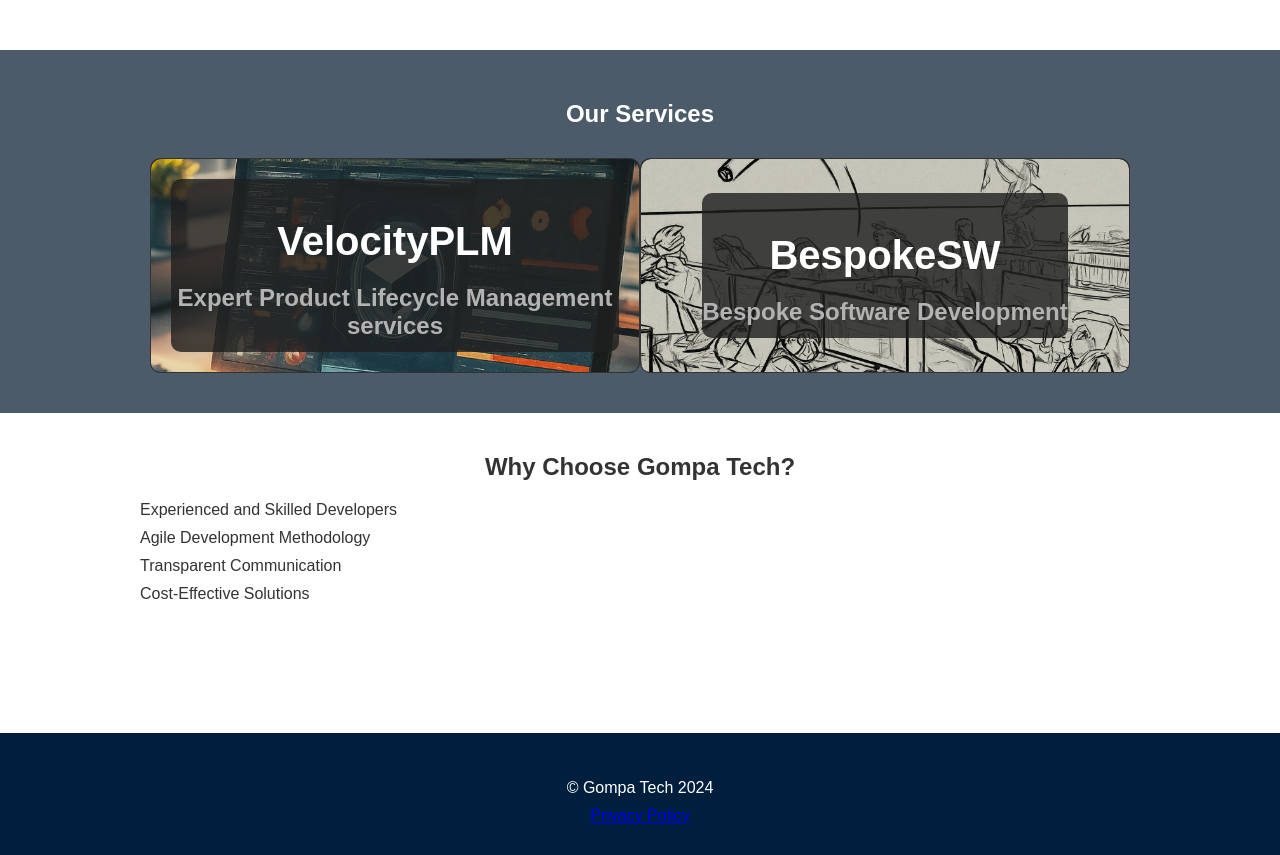
Repository: gompatech/website
Page: d3/index.html
These files come from the project's save history. The page is drawn as it stood at one moment and after the next save; the edit follows.
The browser window is 1280 px wide. The pictures show the part of the page from y = 257 to 1112 px (the page is 1112 px tall).

Above is the page before, as saved 2024-07-24 21:57:25.

### d3/index.html
<!DOCTYPE html>
<html lang="en">
<head>
  <meta charset="UTF-8">
  <meta name="viewport" content="width=device-width, initial-scale=1.0">
  <title>Gompa Tech - Software Development Solutions</title>
  <link rel="stylesheet" href="./style.css">
</head>
<body>
  <header class="navy-bg">
    <div class="container">
      <a href="#" class="logo">Gompa Tech</a>
      <nav>
        <ul>
          <li><a href="#">Home</a></li>
          <li><a href="#">Services</a></li>
          <li><a href="#">About Us</a></li>
          <li><a href="#">Contact</a></li>
        </ul>
      </nav>
    </div>
  </header>

  <main>
    <section class="hero">
      <div class="container">
        <h1>Empowering Your Business with Innovative Software Solutions</h1>
        <p>We specialize in bespoke software development Product Lifecycle Managment software services.</p>
        <a href="#" class="button">Get a Free Quote</a>
        <img src="images/hero-bg.jpg" alt="Code Background Image" class="hero-img">
      </div>
    </section>

    <section class="services navy-bg">
      <div class="container">
        <h2>Our Services</h2>
          <div class="services">
            <div class="services-container">
                <div class="text-content">
                    <h1>VelocityPLM</h1>
                    <h2>Expert Product Lifecycle Management services</h2>
                </div>
                <img src="./images/vPLMold.jpg" alt="VelocityPLM Old" class="active">
                <img src="./images/vPLMnew.jpg" alt="VelocityPLM New" class="inactive">
            </div>
            <div class="services-container">
                <div class="text-content">
                    <h1>BespokeSW</h1>
                    <h2>Bespoke Software Development</h2>
                </div>
                <img src="./images/vPLMold.jpg" alt="VelocityPLM Old" class="active">
                <img src="./images/vPLMnew.jpg" alt="VelocityPLM New" class="inactive">
            </div>
        </div>
      </div>
    </section>

    <section class="benefits">
      <div class="container">
        <h2>Why Choose Gompa Tech?</h2>
        <ul>
          <li>Experienced and Skilled Developers</li>
          <li>Agile Development Methodology</li>
          <li>Transparent Communication</li>
          <li>Cost-Effective Solutions</li>
        </ul>
      </div>
    </section>
  </main>

  <footer class="navy-bg">
    <div class="container">
      <p>&copy; Gompa Tech 2024</p>
      <a href="#">Privacy Policy</a>
    </div>
  </footer>
</body>

<style>
  .services {
      font-family: Arial, sans-serif;
      margin: 0;
      padding: 0;
      display: flex;
      flex-wrap: wrap;
      justify-content: center;
      align-items: stretch;
     /*
      background-color: #121212;
      color: #ffffff;
      padding: 5px;
      */
     /* background-color: #68aef5;  /* Navy blue */
      background-color: #4C5B6A;  /* Navy blue */
      color: #fff;
      padding: 10px;
  }
  .services-container {
      width: 50%;
      padding: 20px;
      border: 1px solid #333;
      border-radius: 10px;
      background-color: #1e1e1e;
      box-sizing: border-box;
      display: flex;
      flex-direction: column;
      align-items: center;
      justify-content: center;
      position: relative;
      overflow: hidden;
  }
  .services-container img {
      width: 100%;
      height: auto;
      max-height: 300px;
      object-fit: cover;
      border-radius: 10px;
      position: absolute;
      top: 0;
      left: 0;
      opacity: 0;
      transition: opacity 1s ease-in-out;
  }
  .services-container img.active {
      opacity: 1;
      z-index: 1;
  }
  .services-container img.inactive {
      z-index: 0;
  }
  .text-content {
      position: relative;
      z-index: 2;
      text-align: center;
      padding-top: 20px;
      background: rgba(30, 30, 30, 0.8);
      border-radius: 10px;
  }
  .services-container h1 {
      font-size: 2.5em;
      margin: 0.5em 0;
  }
  .services-container h2 {
      font-size: 1.5em;
      margin: 0.5em 0;
      color: #b3b3b3;
  }
  @media (max-width: 600px) {
      .services-container {
          width: 100%;
      }
      .services-container h1 {
          font-size: 2em;
      }
      .services-container h2 {
          font-size: 1.2em;
      }
  }
</style>

<script>
  let currentIndex = 0;
  const images = document.querySelectorAll('.services-container img');

  function showNextImage() {
      images[currentIndex].classList.remove('active');
      images[currentIndex].classList.add('inactive');
      currentIndex = (currentIndex + 1) % images.length;
      images[currentIndex].classList.remove('inactive');
      images[currentIndex].classList.add('active');
  }

  setInterval(showNextImage, 3000);
</script>

</html>

### d3/style.css
/* Basic styles */
body {
  font-family: sans-serif;
  margin: 0;
  padding: 0;
}

.container {
  max-width: 1000px;
  margin: 0 auto;
  padding: 20px;
}

/* Header */
header {
  background-color: #001F3F;  /* Navy blue */
  color: #fff;
  padding: 10px 0;
}

.logo {
  font-size: 2em;
  font-weight: bold;
  text-decoration: none;
  color: #fff;
}

nav {
  float: right;
}

nav ul {
  list-style: none;
  margin: 0;
  padding: 0;
}

nav li {
  display: inline-block;
  margin-left: 20px;
}

nav a {
  color: #fff;
  text-decoration: none;
  padding: 5px 10px;
}

nav a:hover {
  background-color: #2F4F4F; /* Darker navy blue on hover */
  transition: background-color 0.3s ease;
}

/* Main content */
main {
  padding-bottom: 50px;
  color: #333;
}

section {
  margin-bottom: 50px;
}

h1, h2 {
  text-align: center;
  margin-bottom: 20px;
}

.hero {
  position: relative;
}

.hero-img {
  position: absolute;
  top: 0;
  left: 0;
  width: 100%;
  height: 100%;
  opacity: 0.3; /* Set the transparency level for the background image */
}

.service-card {
  display: flex;
  align-items: center;
  margin-bottom: 20px;
  padding: 20px;
  border: 1px solid #ddd;
  border-radius: 5px;
}

.service-card img {
  width: 100px;
  margin-right: 20px;
}

.benefits ul {
  list-style: none;
  margin: 0;
  padding: 0;
}

.benefits li {
  margin-bottom: 10px;
}

/* Footer */
footer {
  background-color: #001F3F;
  color: #fff;
  padding: 10px 0;
  text-align: center;
}

footer p {
  margin-bottom: 10px;
}

After the next save:
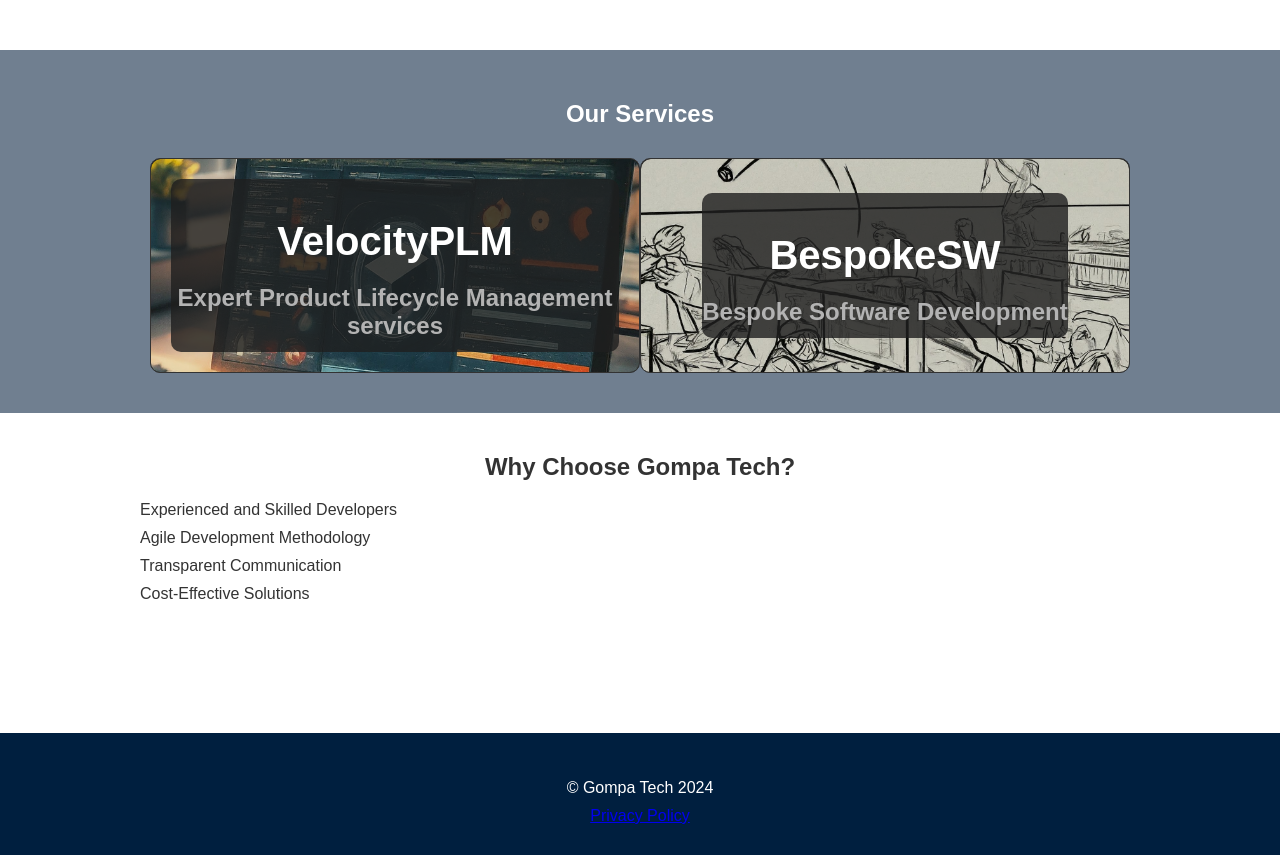
Saved 43 s later.
--- a/d3/index.html
+++ b/d3/index.html
@@ -91,7 +91,7 @@
       padding: 5px;
       */
      /* background-color: #68aef5;  /* Navy blue */
-      background-color: #4C5B6A;  /* Navy blue */
+      background-color: #707F90;  /* Navy blue */
       color: #fff;
       padding: 10px;
   }
